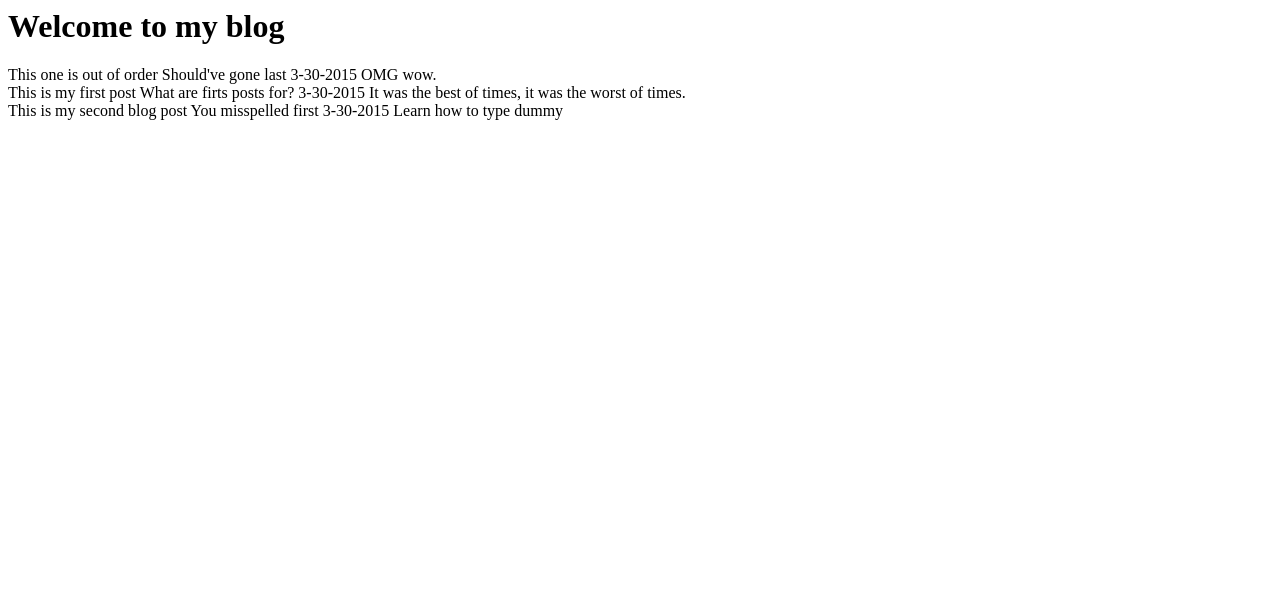
Repository: sax1johno/CIS-67_web_development_node
Page: http://localhost/
The author's editor kept a record of every edit. The page is drawn from the files as they stood at one moment, then again after the next edit.
The browser window is 1280 px wide. The pictures show the whole page.
The page is served by the project's Node server (Lecture 3.30/my-blog/app.js).

Above is the page before.

### Lecture 3.30/my-blog/views/index.ejs
<html>
    <head>

    </head>
    <body>
        <h1>Welcome to my blog</h1>
        <% posts.forEach(function(post) { %>
        <div>
        <%= post.title %>
        <%= post.slug %>
        <%= post.date %>
        <%= post.text %>
        <% }) %>
        </div>
    </body>
</html>

### Lecture 3.30/my-blog/app.js
var express = require('express'),
    session = require('express-session'),
    cookieparser = require('cookie-parser'),
    bodyparser = require('body-parser'),
    crypto = require('crypto'),
    flash = require('connect-flash'),
    posts = require('./posts');

var app = express();

app.use(session({
    secret: "asdfasdfasdf"
}));
app.use(cookieparser('oiwnevlijas923q0w8u'));
app.use(bodyparser());
app.use(flash());

app.get('/', function(req, res) {
    res.render("index.ejs", {
        posts: posts
    })
});

app.get('/api', function(req, res) {
    res.send(posts);
});

app.listen(process.env.PORT);

### Lecture 3.30/my-blog/posts.json
[
    {
        "title": "This one is out of order",
        "slug": "Should've gone last",
        "date": "3-30-2015",
        "text": "OMG wow."
    },
    {
        "title": "This is my first post",
        "slug": "What are firts posts for?",
        "date": "3-30-2015",
        "text": "It was the best of times, it was the worst of times."
    },
    {
        "title": "This is my second blog post",
        "slug": "You misspelled first",
        "date": "3-30-2015",
        "text": "Learn how to type dummy"
    }
]

After the next edit:
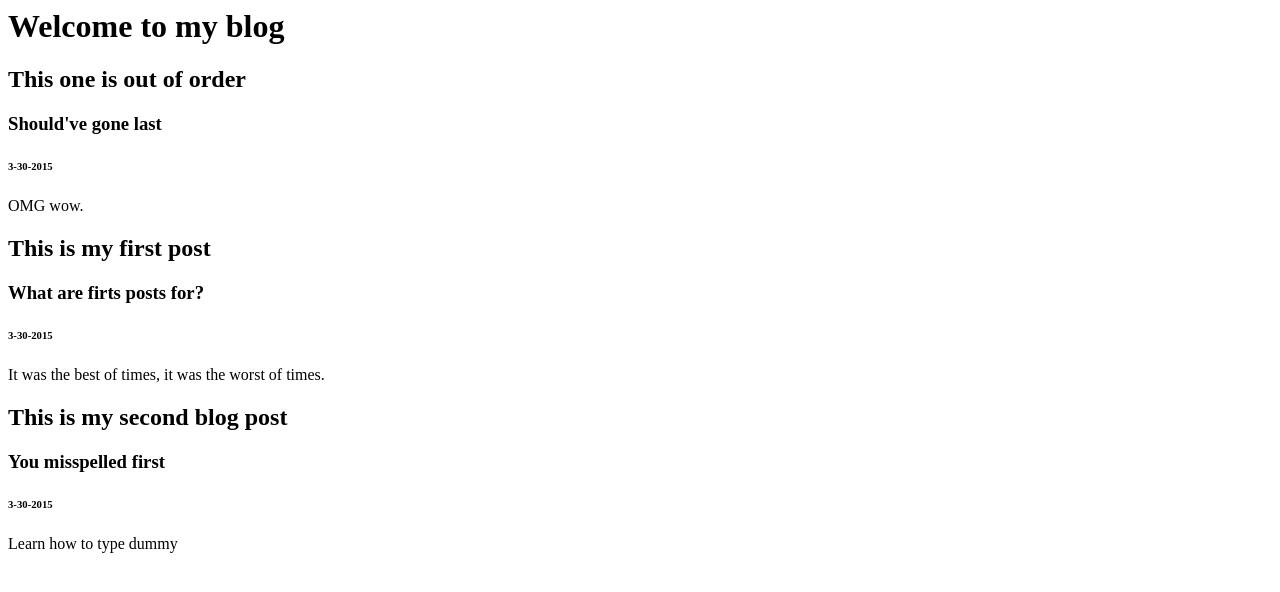
The edit:
--- a/Lecture 3.30/my-blog/views/index.ejs
+++ b/Lecture 3.30/my-blog/views/index.ejs
@@ -6,10 +6,10 @@
         <h1>Welcome to my blog</h1>
         <% posts.forEach(function(post) { %>
         <div>
-        <%= post.title %>
-        <%= post.slug %>
-        <%= post.date %>
-        <%= post.text %>
+        <h2><%= post.title %></h2>
+        <h3><%= post.slug %></h3>
+        <h6><%= post.date %></h6>
+        <p><%= post.text %></p>
         <% }) %>
         </div>
     </body>
